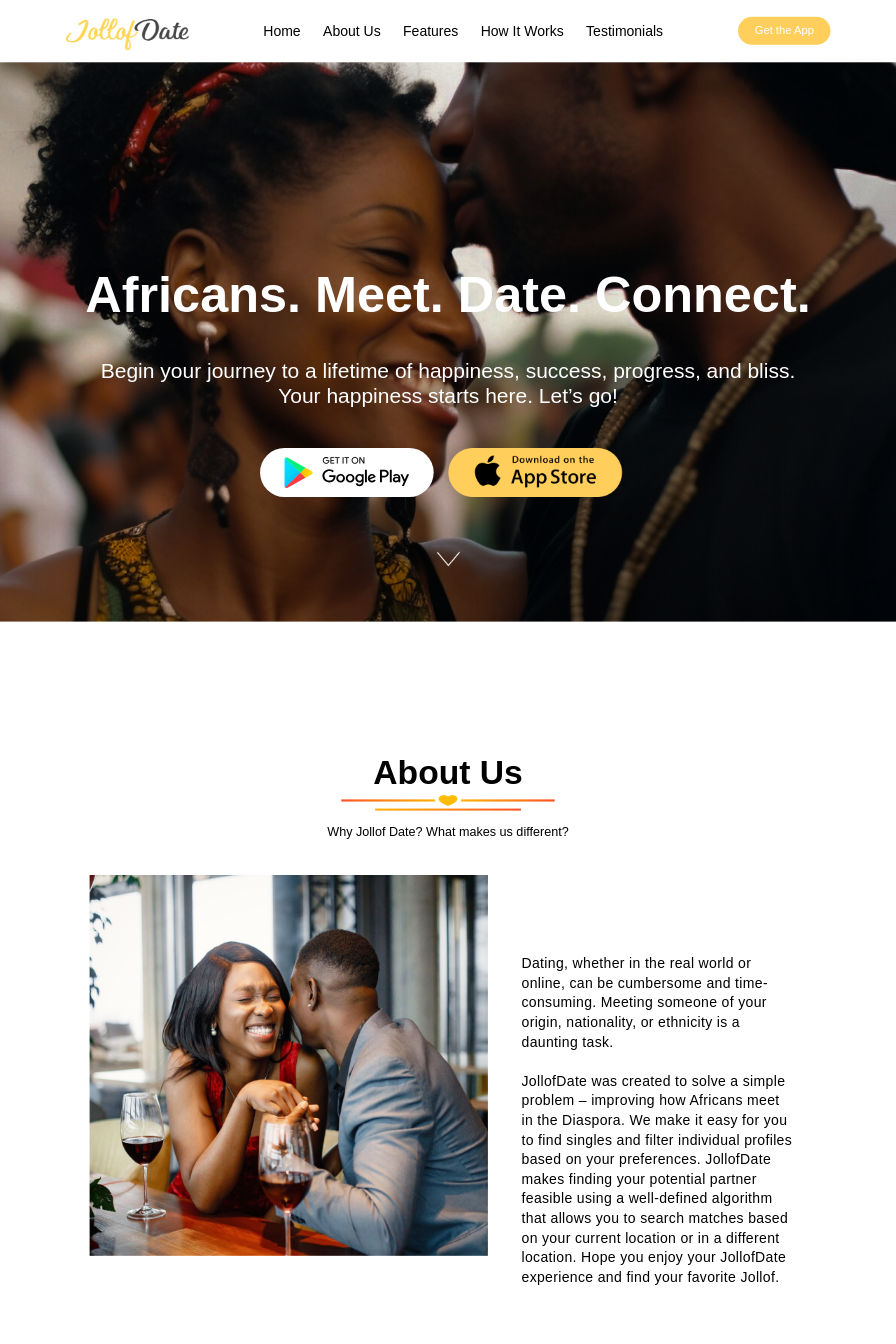
Repository: FarhanNasiru/jollofdate-frontend
Page: /
An editor plug-in stored every save of this project. The page is shown before and after the next save, followed by the edit.
The browser window is 1280 px wide. The pictures show the part of the page from y = 0 to 1920 px (the page is 7448 px tall before and 7420 px after), at 70% of full size.
Some web fonts or font styles are not loaded; a fallback is used. The project was rebuilt for these pictures with package versions that can differ from the ones it lists, and the page was loaded fresh each time. Also part of the build but not shown: vite.config.js, src/Pages/Footer2.jsx, src/components/Header2.jsx, src/Pages/privacy.jsx, src/Pages/Term.jsx.

Above is the page before, as saved 2024-08-20 16:22:54.

After the next save:
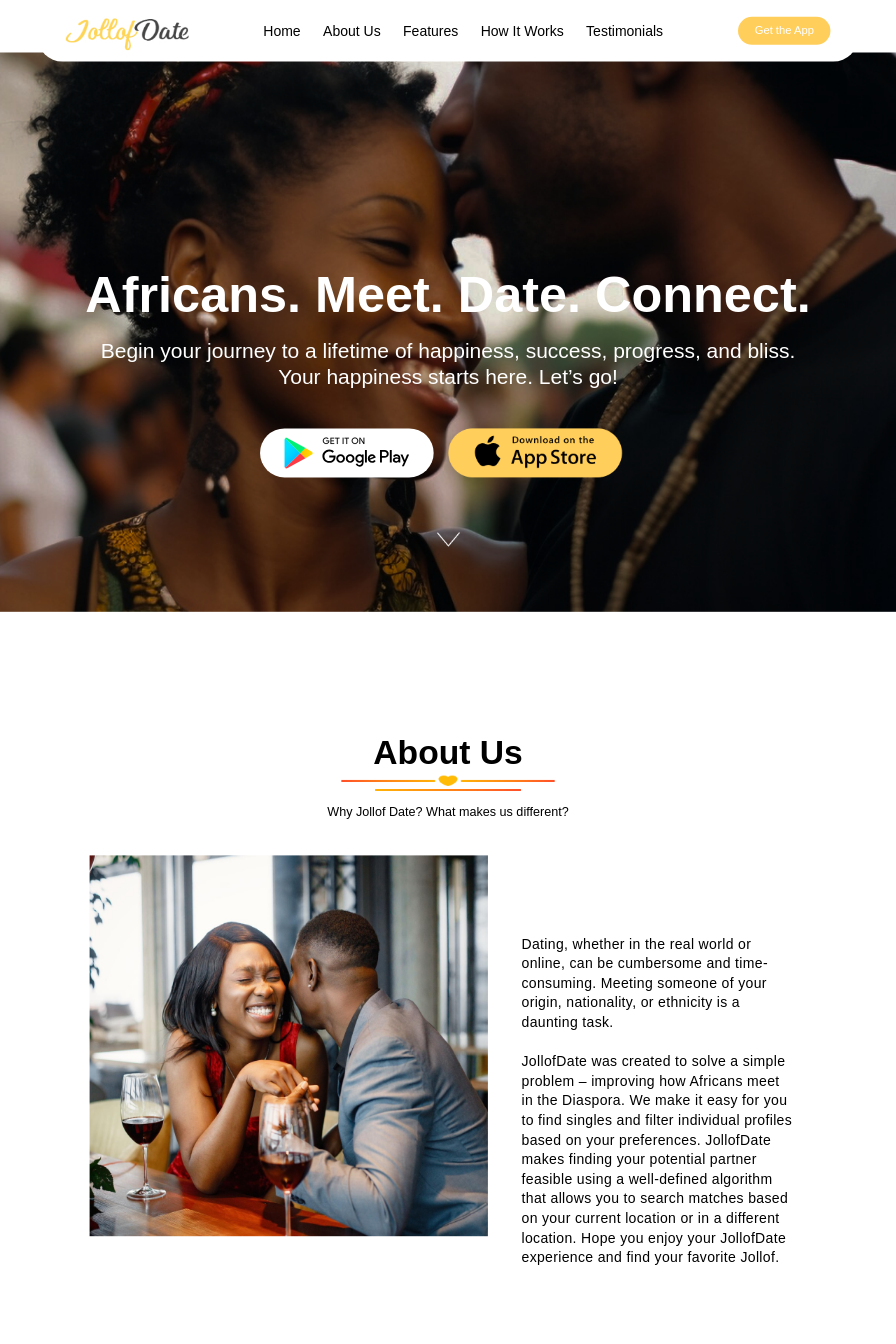
Saved 13 s later.
--- a/src/Pages/Home.jsx
+++ b/src/Pages/Home.jsx
@@ -16,7 +16,7 @@
         id="home"
         className="pl-8 pr-8 justify-center bg-center bg-no-repeat items-center w-full lg:pt-64 lg:pb-9 bg-[url('/Images/Home-bg.png')] h-auto"
       >
-        <h1 className="  text-wrap text-white text-7xl md:text-7xl  font-medium md:font-semibold text-center pt-32 pb-14 h-auto">
+        <h1 className="  text-wrap text-white text-7xl md:text-7xl  font-medium md:font-semibold text-center pt-32 pb-7 h-auto">
           Africans. Meet. Date. Connect.{" "}
         </h1>
         <p className=" text-2xl px-6 text-center text-white font-normal md:text-3xl">
